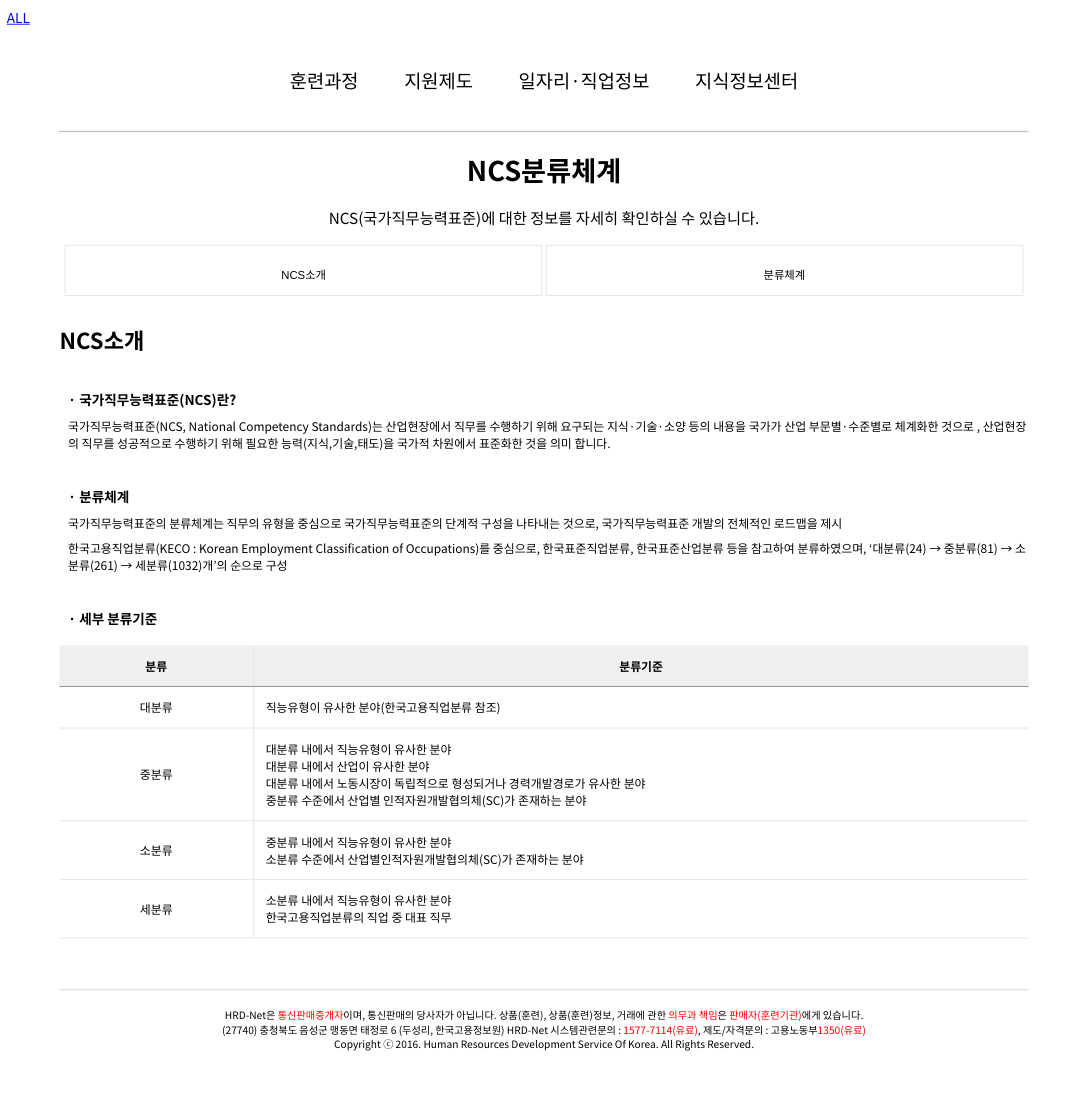
Repository: itkezi/HTML_2022_505
Page: Web/WebContent/HTML/0329_EX2.html
An editor plug-in stored every save of this project. The page is shown before and after the next save, followed by the edit.
The browser window is 1280 px wide. The pictures show the whole page, at 85% of full size.

Above is the page before, as saved 2022-03-30 06:43:15.

### Web/WebContent/HTML/0329_EX2.html
<!DOCTYPE html>
<html>
<head>
<link
	href="https://fonts.googleapis.com/css2?family=Noto+Sans+KR:wght@100;300;400;500;700;900&display=swap"
	rel="stylesheet">
<meta charset="UTF-8">
<title>220329</title>
<style>
body {
	font-family: 'Noto Sans KR', sans-serif;
}

#container {
	margin: auto;
	width: 1140px;
}

ul {
	list-style: none;
	text-align: center;
	padding: 0;
}

ul li {
	margin: auto;
	font-size: 22px;
	height: 90px;
	display: inline-block;
	padding: 0 25px;
	line-height: 90px;
}

ul li a {
	text-decoration: none;
	color: black;
}

ul li a:hover {
	color: #4171df;
	font-weight: 500;
}

section h1 {
	margin: 20px 0 0;
	padding: 0 0 20px;
	font-size: 32px;
	text-align: center;
	font-size: 32px;
}

section h4 {
	font-size: 26px;
	margin: 0 0 30px;
	padding: 16px 0 0;
}

section h5 {
	font-size: 16px;
	margin: 40px 0 0;
	padding: 0 0 0 10px;
}

#heading2 {
	text-align: center;
	font-size: 18px;
	margin: 0 0 20px;
	padding: 0;
}

#button ul {
	display: inline-block;
	box-sizing: border-box;
	margin:0;

}
#button li, #button li button {
	width: 560px;
	height: 58px;
	margin: 0;
	padding: 0;
	line-height: 58px;
}

#button li {
	border: 1px solid #e2e2e4;
}

#button button {
	background: transparent;
	border: 0;
}

section div p {
	margin: 0;
	padding: 10px 0 0 10px;
	font-size: 14px;
}

table {
	margin: 20px 0 0;
	width: 1140px;
	height: 340px;
	border-collapse: collapse;
	font-size: 14px;
}

table th, td {
	padding: 14px;
	border-bottom: 1px solid #e2e2e4;
	border-left: 1px solid #e2e2e4;
}

table th {
	background-color: #f0f0f2;
	border-bottom: 1.5px solid gray;
}

th:first-child, td:first-child {
	border-left: none;
	text-align: center;
}

footer p {
	border-top: 1px solid #ccc;
	padding: 20px 0;
	text-align: center;
	margin: 60px 0;
	font-size: 12px;
	text-align: center;
}

footer span {
	color: red;
}
</style>

</head>
<body>
	<a href="http://localhost:8080/Web/HTML/ALL.html" target='_blank'>
		ALL</a>
	<br>
	<div id='container'>
		<header>
			<ul>
				<li><a href='#'>훈련과정</a></li>
				<li><a href='#'>지원제도</a></li>
				<li><a href='#'>일자리·직업정보</a></li>
				<li><a href='#'>지식정보센터</a></li>
			</ul>
		</header>
		<hr>
		<section>
			<h1>NCS분류체계</h1>
			<p id='heading2'>NCS(국가직무능력표준)에 대한 정보를 자세히 확인하실 수 있습니다.</p>
			<div>
				<ul id='button'>
					<li><button>NCS소개</button></li>
					<li><button>분류체계</button></li>
				</ul>
			</div>

			<h4>NCS소개</h4>
			<div>
				<h5>· 국가직무능력표준(NCS)란?</h5>
				<p>국가직무능력표준(NCS, National Competency Standards)는 산업현장에서 직무를 수행하기
					위해 요구되는 지식·기술·소양 등의 내용을 국가가 산업 부문별·수준별로 체계화한 것으로 , 산업현장의 직무를 성공적으로
					수행하기 위해 필요한 능력(지식,기술,태도)을 국가적 차원에서 표준화한 것을 의미 합니다.</p>

				<h5>· 분류체계</h5>
				<p>국가직무능력표준의 분류체계는 직무의 유형을 중심으로 국가직무능력표준의 단계적 구성을 나타내는 것으로,
					국가직무능력표준 개발의 전체적인 로드맵을 제시</p>
				<p>한국고용직업분류(KECO : Korean Employment Classification of
					Occupations)를 중심으로, 한국표준직업분류, 한국표준산업분류 등을 참고하여 분류하였으며, ‘대분류(24) →
					중분류(81) → 소분류(261) → 세분류(1032)개’의 순으로 구성</p>

				<h5>· 세부 분류기준</h5>
				<table>
					<colgroup>
						<col width='228px'>
						<col>
					</colgroup>
					<tr>
						<th>분류</th>
						<th>분류기준</th>
					</tr>
					<tr>
						<td>대분류</td>
						<td>직능유형이 유사한 분야(한국고용직업분류 참조)</td>
					</tr>
					<tr>
						<td>중분류</td>
						<td>대분류 내에서 직능유형이 유사한 분야<br> 대분류 내에서 산업이 유사한 분야<br>
							대분류 내에서 노동시장이 독립적으로 형성되거나 경력개발경로가 유사한 분야<br> 중분류 수준에서 산업별
							인적자원개발협의체(SC)가 존재하는 분야
						</td>
					</tr>
					<tr>
						<td>소분류</td>
						<td>중분류 내에서 직능유형이 유사한 분야<br> 소분류 수준에서 산업별인적자원개발협의체(SC)가
							존재하는 분야
						</td>
					</tr>
					<tr>
						<td>세분류</td>
						<td>소분류 내에서 직능유형이 유사한 분야<br> 한국고용직업분류의 직업 중 대표 직무
						</td>
					</tr>
				</table>
			</div>
		</section>
		<footer>
			<div>
				<p>
					HRD-Net은 <span>통신판매중개자</span>이며, 통신판매의 당사자가 아닙니다. 상품(훈련), 상품(훈련)정보,
					거래에 관한 <span>의무과 책임</span>은 <span>판매자(훈련기관)</span>에게 있습니다.<br>
					(27740) 충청북도 음성군 맹동면 태정로 6 (두성리, 한국고용정보원) HRD-Net 시스템관련문의 : <span>1577-7114(유료)</span>,
					제도/자격문의 : 고용노동부<span>1350(유료)</span><br> Copyright ⓒ 2016.
					Human Resources Development Service Of Korea. All Rights Reserved.
				</p>
			</div>
		</footer>
	</div>








</body>
</html>

After the next save:
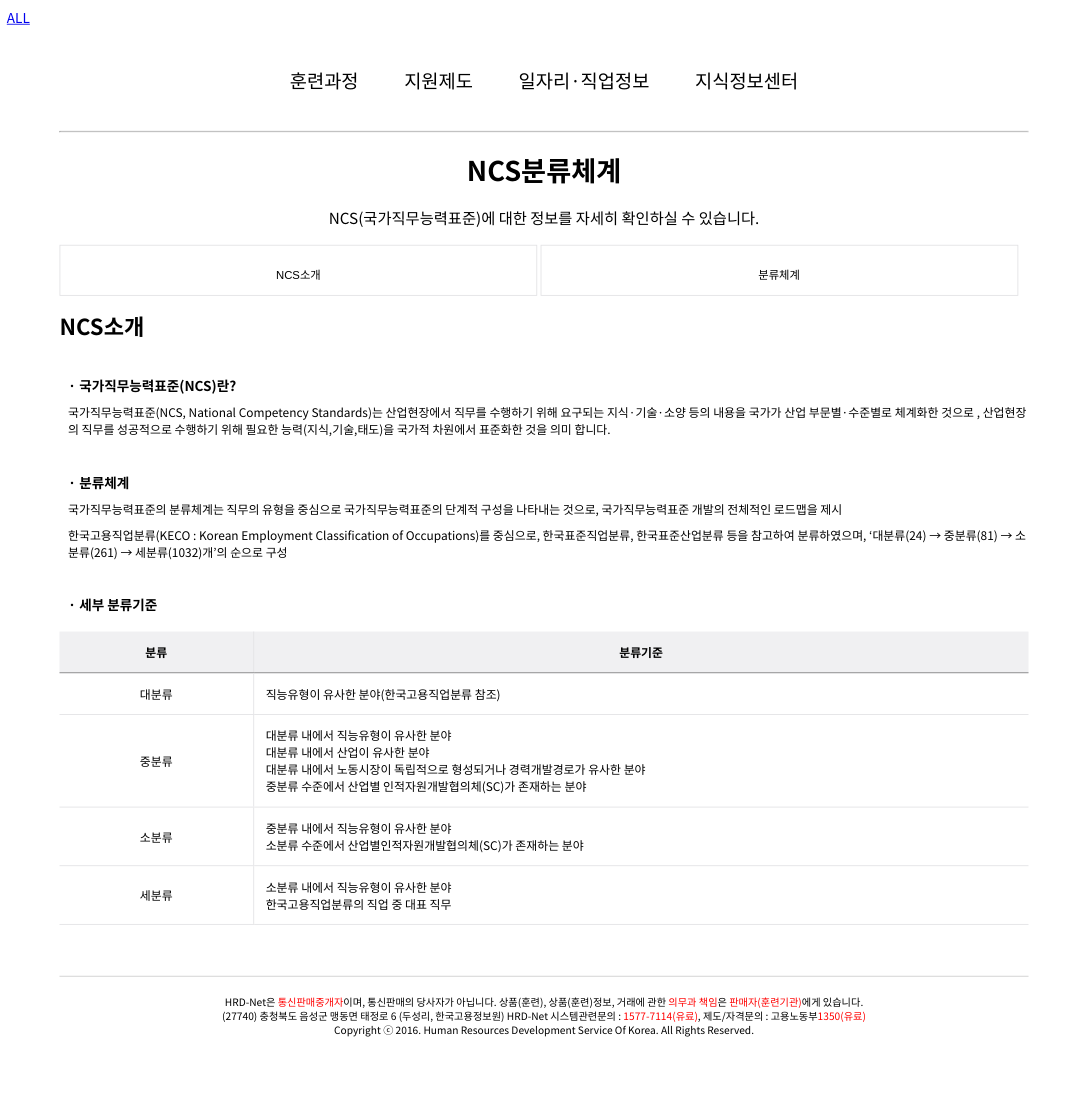
Saved 2 min 55 s later.
--- a/Web/WebContent/HTML/0329_EX2.html
+++ b/Web/WebContent/HTML/0329_EX2.html
@@ -68,7 +68,7 @@ section h5 {
 	padding: 0;
 }
 
-#button ul {
+#button {
 	display: inline-block;
 	box-sizing: border-box;
 	margin:0;
